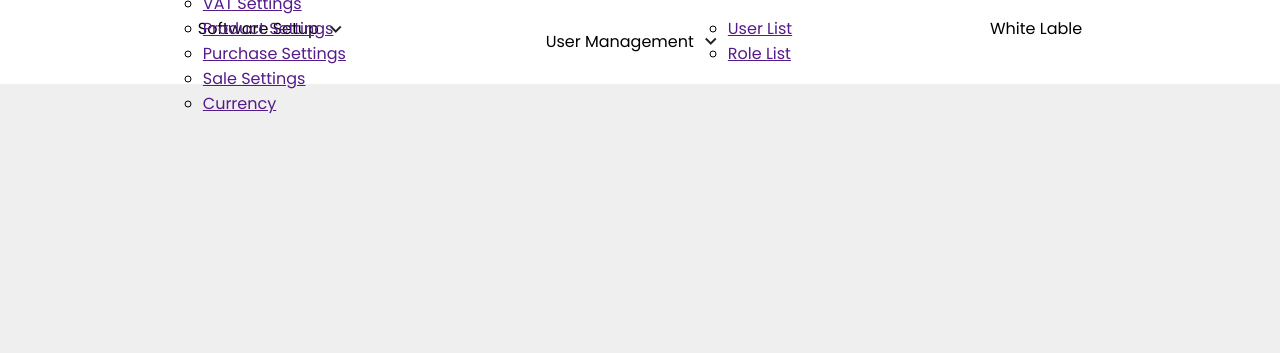
Repository: codebyaddro/pos-settings
Page: settings.html
An editor plug-in stored every save of this project. The page is shown before and after the next save, followed by the edit.
The browser window is 1280 px wide. The pictures show the whole page.

Above is the page before, as saved 2025-02-16 14:35:41.

After the next save:
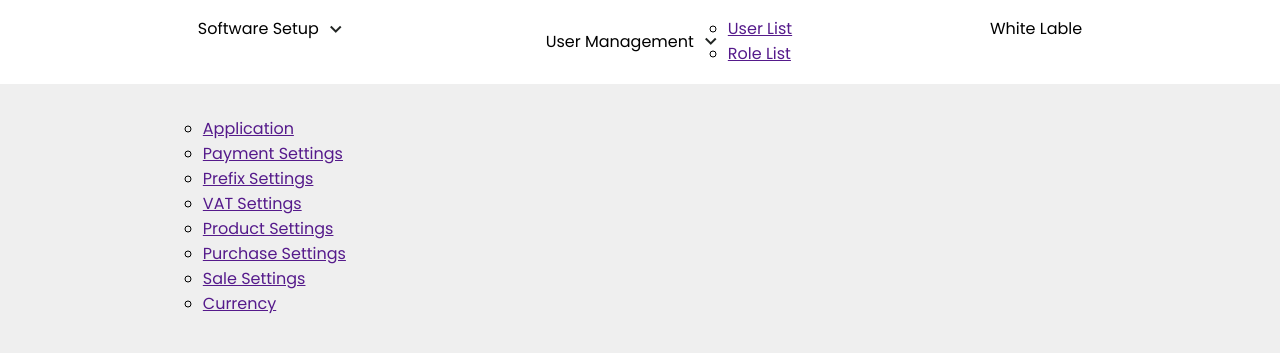
Saved 4 s later.
--- a/css/settings.css
+++ b/css/settings.css
@@ -80,6 +80,6 @@
 
 .cba-settings-top-menubar > ul > li > .cba-stm-one-dd {
     position: absolute;
-    top: -100px;
+    top: 100px;
     left: 5px;
 }
